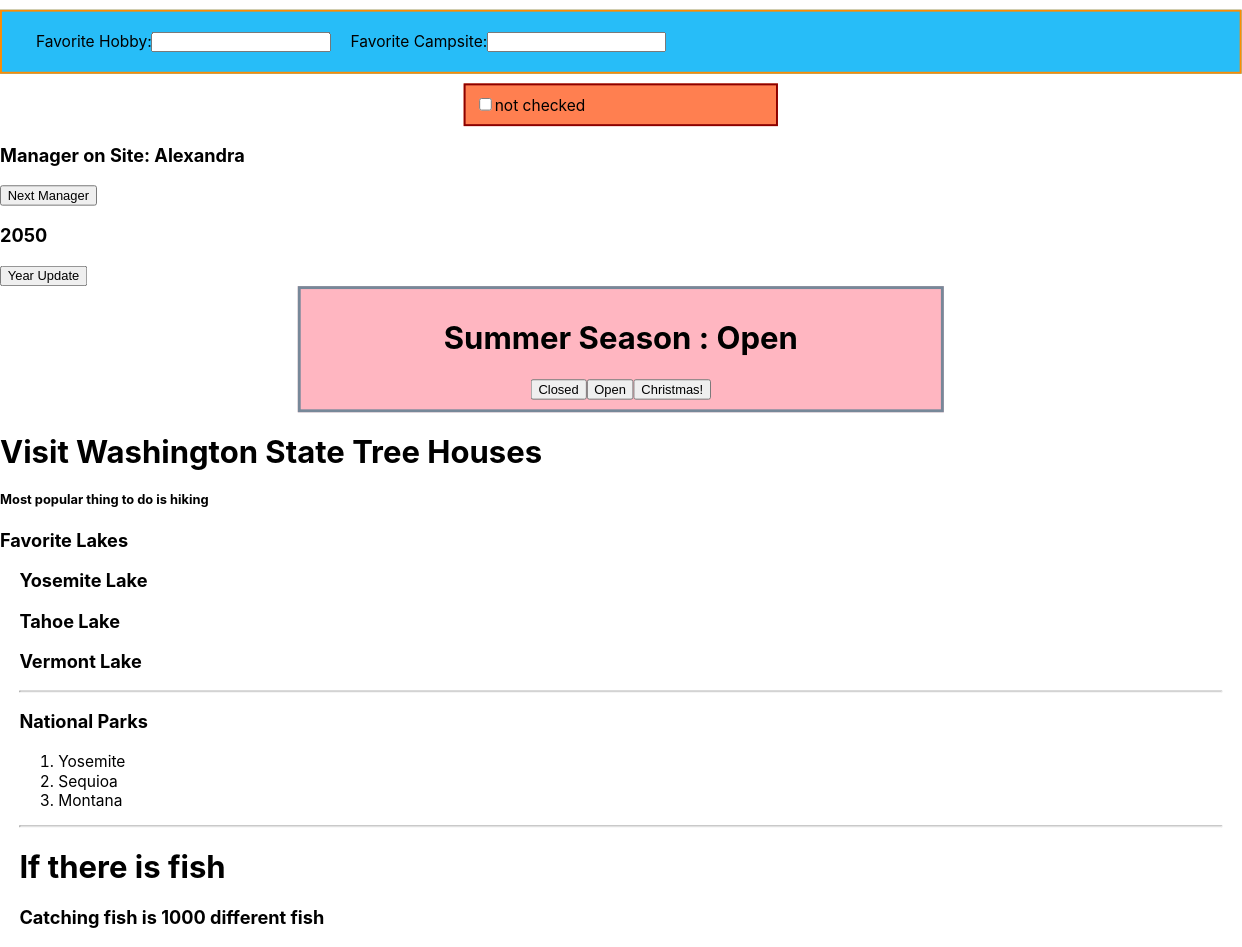
Repository: CaptainStorm21/intro-react-hooks
Page: /
An editor plug-in stored every save of this project. The page is shown before and after the next save, followed by the edit.
The browser window is 1280 px wide. The pictures show the whole page, at 97% of full size.
The project was rebuilt for these pictures with package versions that can differ from the ones it lists, and the page was loaded fresh each time. Also part of the build but not shown: src/App.css.

Above is the page before, as saved 2020-05-27 22:00:18.

After the next save:
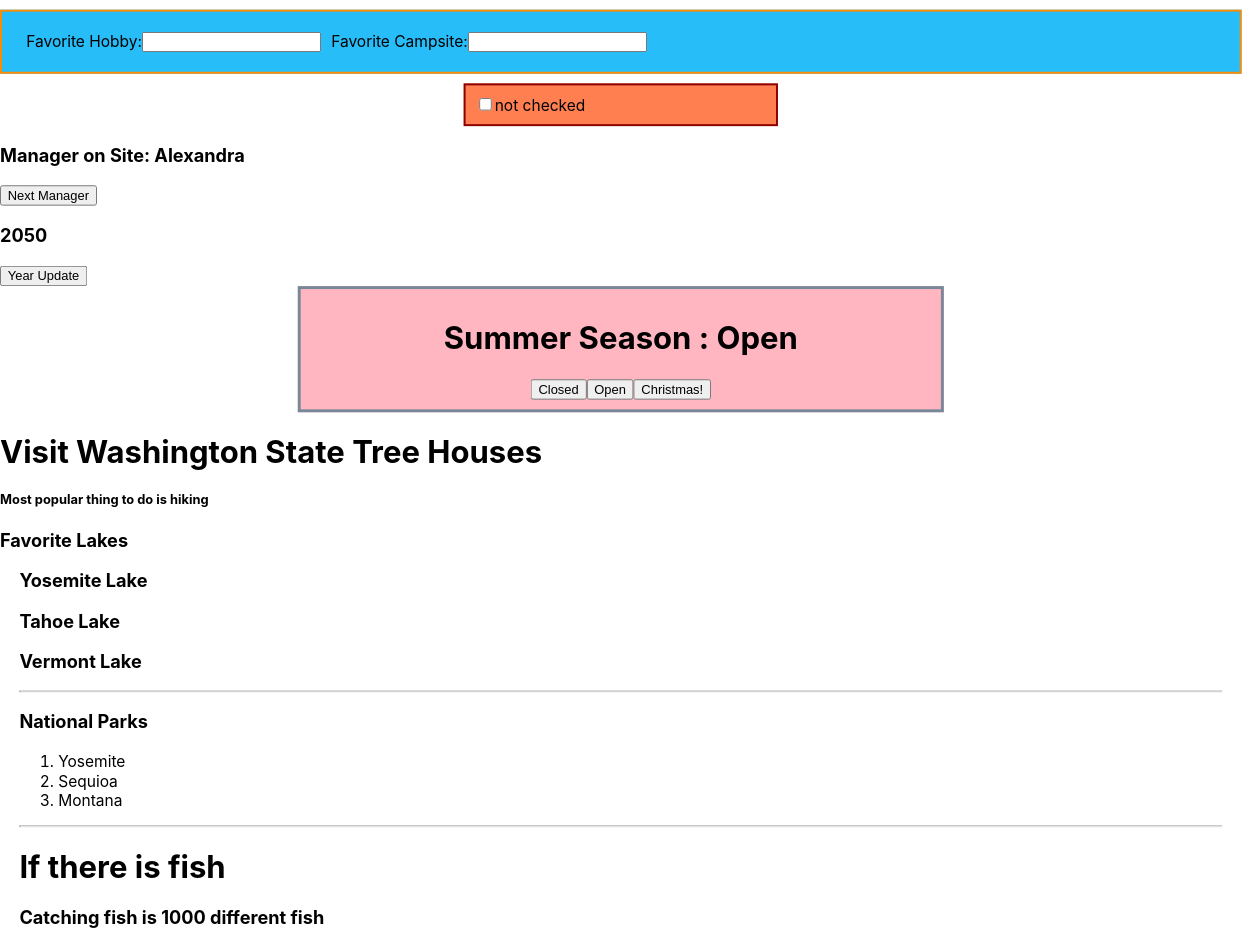
Saved 4 s later.
--- a/src/index.css
+++ b/src/index.css
@@ -27,7 +27,7 @@ code {
 }
 
 label{
-  padding-left: 15px;
+  padding-left: 5px;
   padding-right: 5px;
 }
 .blue-div{
